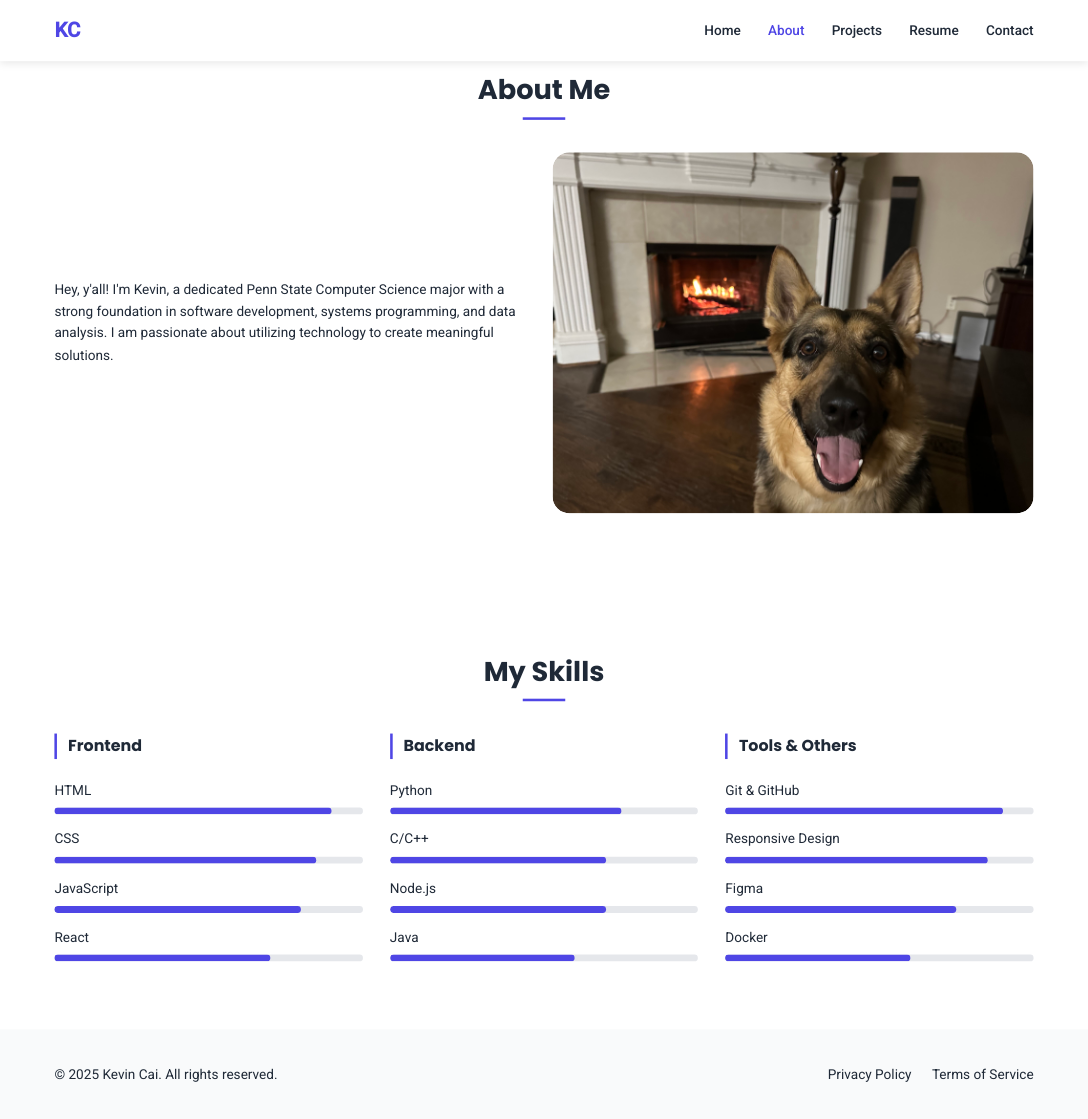
Repository: itskevbo/E-Portfolio
Page: pages/about.html
An editor plug-in stored every save of this project. The page is shown before and after the next save, followed by the edit.
The browser window is 1280 px wide. The pictures show the whole page, at 85% of full size.

Above is the page before, as saved 2025-04-23 14:40:58.
Console error: ReferenceError: ScrollReveal is not defined

After the next save:
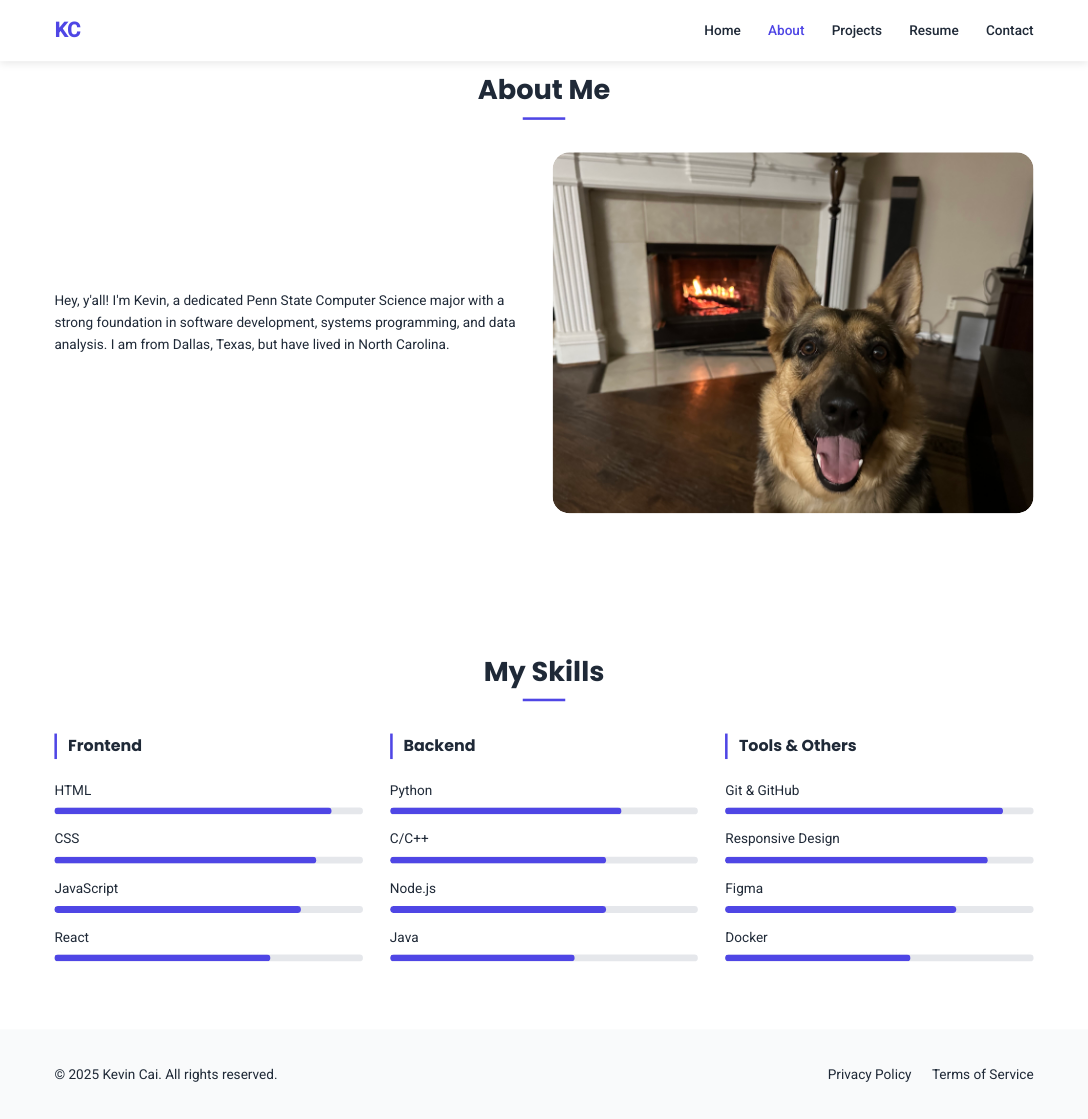
Saved 15 s later.
--- a/pages/about.html
+++ b/pages/about.html
@@ -50,7 +50,7 @@
             <h2 class="section__title">About Me</h2>
                 <div class="about__content" style="display: flex; align-items: center; gap: 20px;">
                     <div class="about__text" style="flex: 1;">
-                        <p>Hey, y'all! I'm Kevin, a dedicated Penn State Computer Science major with a strong foundation in software development, systems programming, and data analysis. I am passionate about utilizing technology to create meaningful solutions.</p>
+                        <p>Hey, y'all! I'm Kevin, a dedicated Penn State Computer Science major with a strong foundation in software development, systems programming, and data analysis. I am from Dallas, Texas, but have lived in North Carolina.</p>
                         <p></p>
                         <p></p>
                         <p></p>
